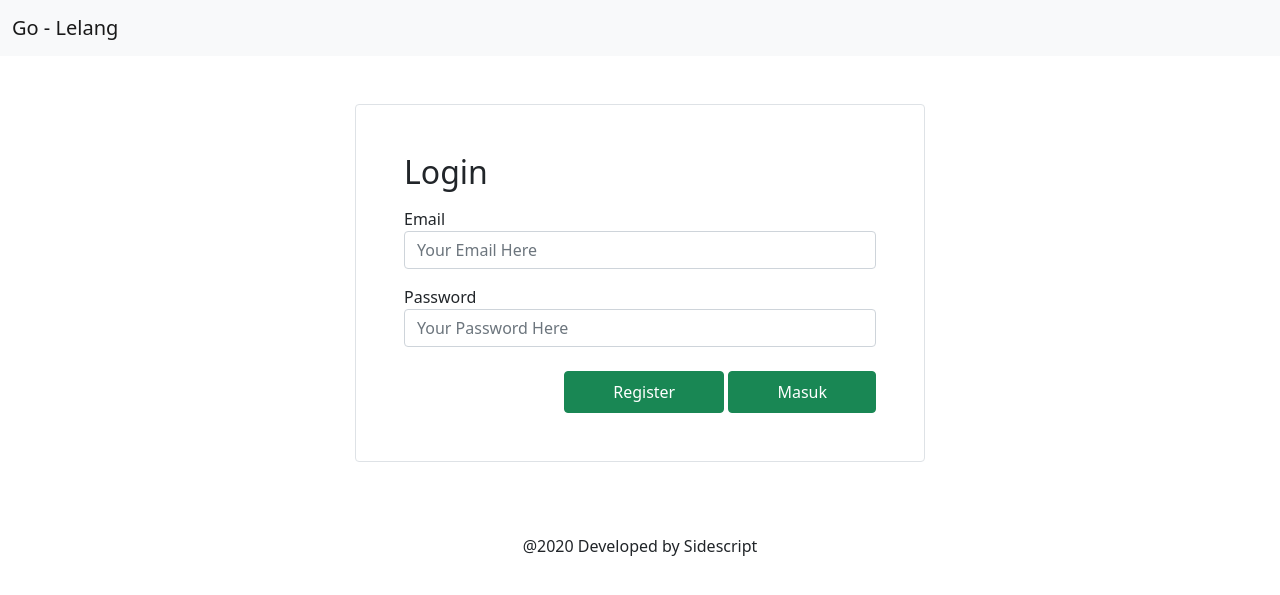
Repository: khulqu15/Go---Lelalng
Page: http://localhost/login
The author's editor kept a copy of each file at every save. The page is drawn from the files as they stood at one save, then again after the next save.
The browser window is 1280 px wide. The pictures show the whole page.
The page is served by the project's Laravel application, run on PHP 8.4 with Laravel 8. Other server files are loaded and not shown.

Above is the page before, as saved 2021-02-22 15:53:41.

### routes/web.php
<?php

use App\Http\Controllers\DashboardController;
use App\Http\Controllers\PageController;
use App\Http\Controllers\UserController;
use Illuminate\Support\Facades\Route;

/*
|--------------------------------------------------------------------------
| Web Routes
|--------------------------------------------------------------------------
|
| Here is where you can register web routes for your application. These
| routes are loaded by the RouteServiceProvider within a group which
| contains the "web" middleware group. Now create something great!
|
*/

Route::get('/', [PageController::class, 'home'])->name('home');
Route::get('products', [PageController::class, 'products'])->name('products');
Route::get('product/{id}', [PageController::class, 'product'])->name('product');
Route::get('contact', [PageController::class, 'contact'])->name('contact');
Route::get('login', [PageController::class, 'login'])->name('login');
Route::get('register', [PageController::class, 'register'])->name('register');
Route::post('contact', [UserController::class, 'contactUs'])->name('contact.us');

Route::group(['middleware' => ['userDashboard']], function() {
    Route::get('dashboard', [DashboardController::class, 'index'])->name('dashboard');
    Route::get('dashboard/product', [DashboardController::class, 'product'])->name('dashboard.product');
    Route::get('dashboard/user', [DashboardController::class, 'user'])->name('dashboard.user');
    Route::get('dashboard/auction', [DashboardController::class, 'auction'])->name('dashboard.auction');
});

### app/Http/Controllers/PageController.php
<?php

namespace App\Http\Controllers;

use App\Models\Category;
use App\Models\Product;
use Illuminate\Http\Request;

class PageController extends Controller
{
    public function home(Request $request)
    {
        $categories = Category::orderBy('id', 'DESC')->paginate(4);
        $query = Product::query();
        if($request->get('name')) {
            $products = $query->where('name', 'LIKE', '%'.$request->get('name').'%');
        }
        if($request->get('category')) {
            $products = $query->where('category_id', $request->get('category'));
        }
        $products = $query->with('Category')->orderBy('id', 'DESC')->paginate(3);
        return view('welcome', compact('products', 'categories'));
    }

    public function products(Request $request)
    {
        $categories = Category::orderBy('id', 'DESC')->paginate(4);
        $query = Product::query();
        if($request->get('name')) {
            $products = $query->where('name', 'LIKE', '%'.$request->get('name').'%');
        }
        if($request->get('category')) {
            $products = $query->where('category_id', $request->get('category'));
        }
        $products = $query->paginate(3);
        return view('page.products', compact('products', 'categories'));
    }

    public function product($id)
    {
        $product = Product::find($id);
        return view('page.product', compact('product'));
    }

    public function contact()
    {
        return view('page.contact');
    }

    public function login()
    {
        return view('auth.login');
    }

    public function register()
    {
        return view('auth.register');
    }
}

### resources/views/auth/login.blade.php
@extends('layout.auth')

@section('title', 'Login')

@section('content')
<div class="container py-5">
    <div class="row">
        <div class="col-md-6 offset-md-3 border rounded p-5">
            <h2>Login</h2>
            <div class="form-group py-2">
                <label for="email">Email</label>
                <input type="email" id="email" name="email" class="form-control" placeholder="Your Email Here">
            </div>
            <div class="form-group py-2">
                <label for="password">Password</label>
                <input type="password" id="password" name="password" class="form-control" placeholder="Your Password Here">
            </div>
            <div class="text-right">
                <button class="btn btn-success px-5 py-2 mt-3" type="submit">Register</button>
                <button class="btn btn-success px-5 py-2 mt-3" type="submit">Masuk</button>
            </div>
        </div>
    </div>
</div>
@endsection

### resources/views/layout/auth.blade.php
<!DOCTYPE html>
<html lang="en">
<head>
    <meta charset="UTF-8">
    <meta name="viewport" content="width=device-width, initial-scale=1.0">
    <meta http-equiv="X-UA-Compatible" content="ie=edge">
    <title>GO - Lelang | @yield('title')</title>

    <script src="{{ mix('css/app.css') }}"></script>
    <link rel="stylesheet" href="{{ asset('css/bootstrap.min.css') }}">
    <link rel="stylesheet" href="{{ asset('css/all.min.css') }}">
    <link rel="stylesheet" href="{{ asset('css/fontawesome.min.css') }}">
    <link rel="stylesheet" href="{{ asset('css/style.css') }}">

    <script src="{{ mix('js/app.js') }}"></script>
    <script src="{{ asset('js/jquery-3.5.1.min.js') }}"></script>
    <script src="{{ asset('js/bootstrap.min.js') }}"></script>
    <script src="{{ asset('js/all.min.js') }}"></script>
    <script src="{{ asset('js/fontawesome.min.js') }}"></script>

</head>
<body>

    <nav class="navbar navbar-expand-lg navbar-light bg-light">
        <div class="container-fluid">
            <a class="navbar-brand" href="{{ route('home') }}">Go - Lelang</a>
        </div>
    </nav>

    @yield('content')

    <footer class="container-fluid py-4">
        <div class="row">
            <div class="col-md-12 text-center">
                <p class="mb-0">@2020 Developed by Sidescript</p>
            </div>
        </div>
    </footer>
</body>
</html>

### public/css/style.css
body {
    overflow-x: hidden !important;
}
.viga {
    font-family: 'Viga', sans-serif;
}
.bgm-primary {
    background-color: #E62A2A !important;
}
.bgm-primary-light {
    background-color: #FFCECE !important;
}
.btnm-primary {
    border: none;
    border-radius: 0px !important;
    transition: all .3s ease-in-out;
    background-color: #E62A2A !important;
    padding: 1rem 2rem;
    color: white;
}
.shadow-smooth {
    box-shadow: 10px 20px 49px -8px rgba(0, 0, 0, 0.08) !important;
}
.page-item.active .page-link {
    background-color: #198754 !important;
    border-color: #198754 !important;
    color: white !important;
}
.page-link {
    color: #198754 !important;
}
.text-right {
    text-align: right !important;
}
.text-left {
    text-align: left !important;
}
.text-sm {
    font-size: .8rem;
}
.text-center {
    text-align: center !important;
}
.cursor-point {
    cursor: pointer;
}
.btnm-primary:hover {
    color: white !important;
    background-color: #c01c1c !important;
}
.btnm-light {
    border: none;
    border-radius: 0px !important;
    transition: all .3s ease-in-out;
    background-color: #f2f2f2 !important;
    padding: 1rem 2rem;
    color: #292929;
}
.btnm-light:hover {
    color: #292929 !important;
    background-color: #c2c2c2 !important;
}
.textm-primary {
    color: #E62A2A !important;
}
.textm-gray {
    color: gray !important;
}

.input-search-home {
    width: 80%;
    position: absolute;
    left: 10%;
    height: 60px;
    box-shadow: 0px 20px 40px -6px rgba(0, 0, 0, 0.12);
    top: -50px;
    background-color: white;
}
.input-search-home input {
    height: 60px;
}
.input-search-home button,
.input-search-home a {
    position: relative;
    top: -10px;
}
.maxm-height {
    min-height: 70vh;
    max-height: 70vh !important;
    overflow-y: auto !important;
    overflow-x: hidden !important;
}


.card-product {
    width: 100%;
    transition: all .3s ease-in-out;
    height: 370px;
    background-color: white;
}
.card-product:hover {
    box-shadow: 12px 24px 48px rgba(0, 0, 0, 0.09);
}
.card-product .image {
    width: 100%;
    height: 170px;
    background-color: #f36c6c;
    overflow: hidden;
}
.card-product .image img {
    transition: all .3s ease-in-out;
}
.card-product .image:hover img {
    transform: scale(1.1);
    opacity: .6;
}
.card-product .like {
    width: 50px;
    height: 50px;
    border-radius: 50px;
    background-color: #fccece;
    color: #E62A2A;
    position: absolute;
    line-height: 53px;
    text-align: center;
    z-index: 10;
    top: 140px;
    right: 20px;
    transition: all .3s ease-in-out;
}
.card-product .like:hover {
    cursor: pointer;
    background-color: #c01c1c;
    color: #FFCECE;
}
.card-product .liked {
    width: 50px;
    height: 50px;
    border-radius: 50px;
    background-color: #E62A2A;
    color: #fccece;
    position: absolute;
    line-height: 53px;
    text-align: center;
    z-index: 10;
    top: 140px;
    right: 20px;
    transition: all .3s ease-in-out;
}
.card-product .like:hover {
    cursor: pointer;
    color: #c01c1c;
    background-color: #FFCECE;
}
.image-fit-card {
    width: 100%;
    height: 100%;
    object-fit: cover !important;
}
.card-product .line-category {
    display: inline-block;
    width: 20px;
    height: 3px;
    background-color: gray;
}

.bg-hammer-bottom {
    background: url('../img/wallpaper/hammer.png');
    background-attachment: fixed;
    background-position: center;
    background-size: cover;
}

.input-email-footer {
    position: relative;
    width: 100%;
    height: 70px;
    box-shadow: 0px 19px 38px rgba(0, 0, 0, 0.12);
    background-color: white;
}
.input-email-footer input {
    height: 70px;
    width: 100%;
}
.input-email-footer button {
    position: relative;
    top: -8px
}

.menu-footer {
    color: rgba(255, 255, 255, .5);
}
.menu-footer.active,
.menu-footer:hover {
    color: rgba(255, 255, 255, 1);
    cursor: pointer;
    transition: all .4s ease-in-out;
}
.menu-footer .icon {
    position: absolute;
    right: -50px;
    opacity: 0;
    transition: all .2s ease-in-out;
    visibility: hidden;
}
.menu-footer.active .icon,
.menu-footer:hover .icon {
    position: relative;
    opacity: 1;
    right: 0;
    visibility: visible;
}
.menu-footer .menu-title {
    transition: all .2s ease-in-out;
    position: relative;
    font-size: 3rem;
    right: -10px;
}
.menu-footer.active .menu-title,
.menu-footer:hover .menu-title {
    position: relative;
    right: 0px;
}

.icons-footer svg {
    transition: all .2s ease-in-out;
    color: #c2c2c2;
    margin: 0px .8rem;
    font-size: 1.4rem;
}

.icons-footer svg:hover {
    cursor: pointer;
    color: #767676;
}

.navbar {
    transition: all .3s ease-in-out;
    z-index: 100;
}
.burger {
    position: relative;
    top: -5px;
    margin: 10px 0px 0px 0px;
}
.burger div {
    width: 30px;
    height: 2px;
    margin: 7px 0px;
    position: relative;
    background-color: #767676;
    transition: all .3s ease-in-out;
}
.burger.times div:nth-child(1) {
    transform: rotate(45deg);
    top: 5px;
}
.burger.times div:nth-child(2) {
    transform: rotate(-45deg);
    top: -5px;
}

.navbar-fixed {
    position: fixed;
    width: 100%;
    z-index: 50;
    overflow-x: hidden !important;
    overflow-y: auto !important;
    height: 100%;
    top: 0;
    opacity: 1;
    transform: skew(0deg);
    background-color: white;
    visibility: visible;
    right: 0;
    transition: all .5s ease-in;
}
.avatar-sm {
    width: 40px;
    height: 40px;
    border-radius: 40px;
    overflow: hidden;
    display: inline-block;
}
.avatar-md {
    width: 50px;
    height: 50px;
    border-radius: 50px;
    overflow: hidden;
    display: inline-block;
}
.avatar-sm-navbar {
    width: 40px;
    height: 40px;
    border-radius: 40px;
    display: inline-block;
    right: 120px;
    position: absolute;
    z-index: 10;
    overflow: hidden;
    transition: all .3s ease-in-out;
    top: 24px;
    box-sizing: content-box;
}
.avatar-sm-navbar:hover {
    cursor: pointer;
    border: 4px solid gainsboro;
    top: 20px;
    right: 112px;
}
.navbar-fixed.hide {
    transform: skew(10deg) !important;
    opacity: 0 !important;
    right: -100% !important;
    visibility: hidden !important;
}
.menu-navbar {
    color: rgba(44, 44, 44, 0.5);
}
.menu-navbar.active,
.menu-navbar:hover {
    color: rgba(44, 44, 44, 1) !important;
    cursor: pointer;
    transition: all .4s ease-in-out;
}
.menu-navbar .icon {
    position: absolute;
    right: -50px;
    opacity: 0;
    transition: all .2s ease-in-out;
    visibility: hidden;
}
.menu-navbar.active .icon,
.menu-navbar:hover .icon {
    position: relative;
    opacity: 1;
    right: 0;
    visibility: visible;
}
.menu-navbar .menu-title {
    transition: all .2s ease-in-out;
    position: relative;
    font-size: 3rem;
    right: -10px;
}
.menu-navbar.active .menu-title,
.menu-navbar:hover .menu-title {
    position: relative !important;
    right: 0px !important;
}
a {
    text-decoration: none !important;
}
.full-page,
.bg-product {
    width: 100%;
    min-height: 100vh;
    overflow: hidden;
    position: relative;
    background-color: #292929;
}
.full-page {
    background-color: #f36c6c !important;
}
.bg-product img {
    opacity: .8;
}

.avatar-profile {
    width: 80px;
    margin: 0px auto;
    height: 80px;
    display: inline-block;
    border-radius: 80px;
    overflow: hidden !important;
    background-color: #E62A2A;
}
.ellipsis-menu-right {
    top: 0;
    right: 0;
    margin: .7rem;
    font-size: 1.2rem;
}

.card-profile-navbar {
    background-color: white;
    width: 300px;
    position: relative;
    z-index: 100;
}
.card-auction {
    box-shadow: 0px 5px 15px rgba(0, 0, 0, 0.12);
    transition: all .3s ease-in-out;
}
.card-auction:hover {
    box-shadow: 0px 10px 30px rgba(0, 0, 0, 0.1);
}
.alert-respond {
    width: 50%;
    top: 20%;
    z-index: 100;
    left: 25%;
}
@media only screen and (max-width: 760px) {
    .alert-respond {
        z-index: 100;
        top: 20%;
        width: 80%;
        left: 10%;
    }
}

.btn-fab {
    position: fixed;
    right: 25px;
    bottom: 25px;
    z-index: 100;
}

.menu-ellipsis {
    width: 260px;
    overflow: hidden;
    right: 0;
    background-color: white;
    transition: all .3s ease-in-out;
    box-shadow: 0px 10px 20px rgba(0, 0, 0, 0.08);
}
.menu-ellipsis.hide {
    opacity: 0 !important;
    visibility: hidden !important;
    right: -20px !important;
}
.menu-ellipsis .item {
    padding: .7rem 1.4rem;
    transition: all .3s ease-in-out;
    text-align: right !important;
    cursor: pointer;
}
.menu-ellipsis .item:hover {
    background-color: gainsboro;
}

Loaded but not shown: app/Providers/AppServiceProvider.php (common file); app/Http/Controllers/Controller.php (common file); public/mix-manifest.json (common file); public/css/bootstrap.min.css (library); public/css/all.min.css (library); public/css/fontawesome.min.css (library); public/js/app.js (library); public/js/jquery-3.5.1.min.js (library); public/js/bootstrap.min.js (library); public/js/fontawesome.min.js (library); public/css/app.css (empty)

After the next save:
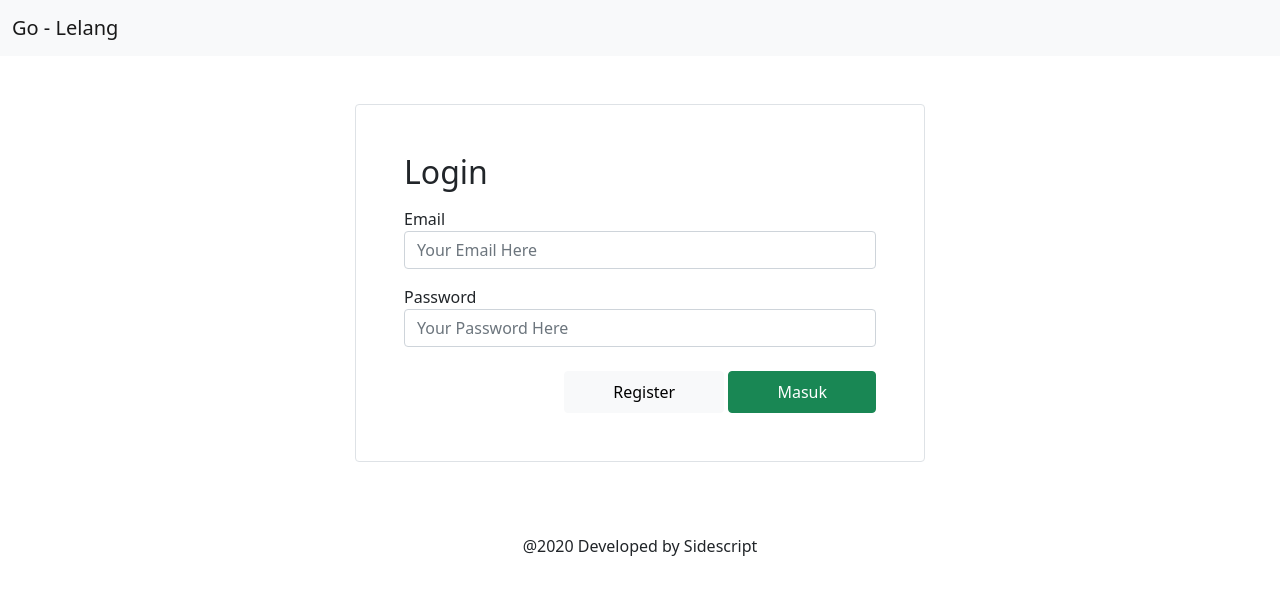
Saved 6 s later.
--- a/resources/views/auth/login.blade.php
+++ b/resources/views/auth/login.blade.php
@@ -16,7 +16,7 @@
                 <input type="password" id="password" name="password" class="form-control" placeholder="Your Password Here">
             </div>
             <div class="text-right">
-                <button class="btn btn-success px-5 py-2 mt-3" type="submit">Register</button>
+                <button class="btn btn-light px-5 py-2 mt-3" type="submit">Register</button>
                 <button class="btn btn-success px-5 py-2 mt-3" type="submit">Masuk</button>
             </div>
         </div>
